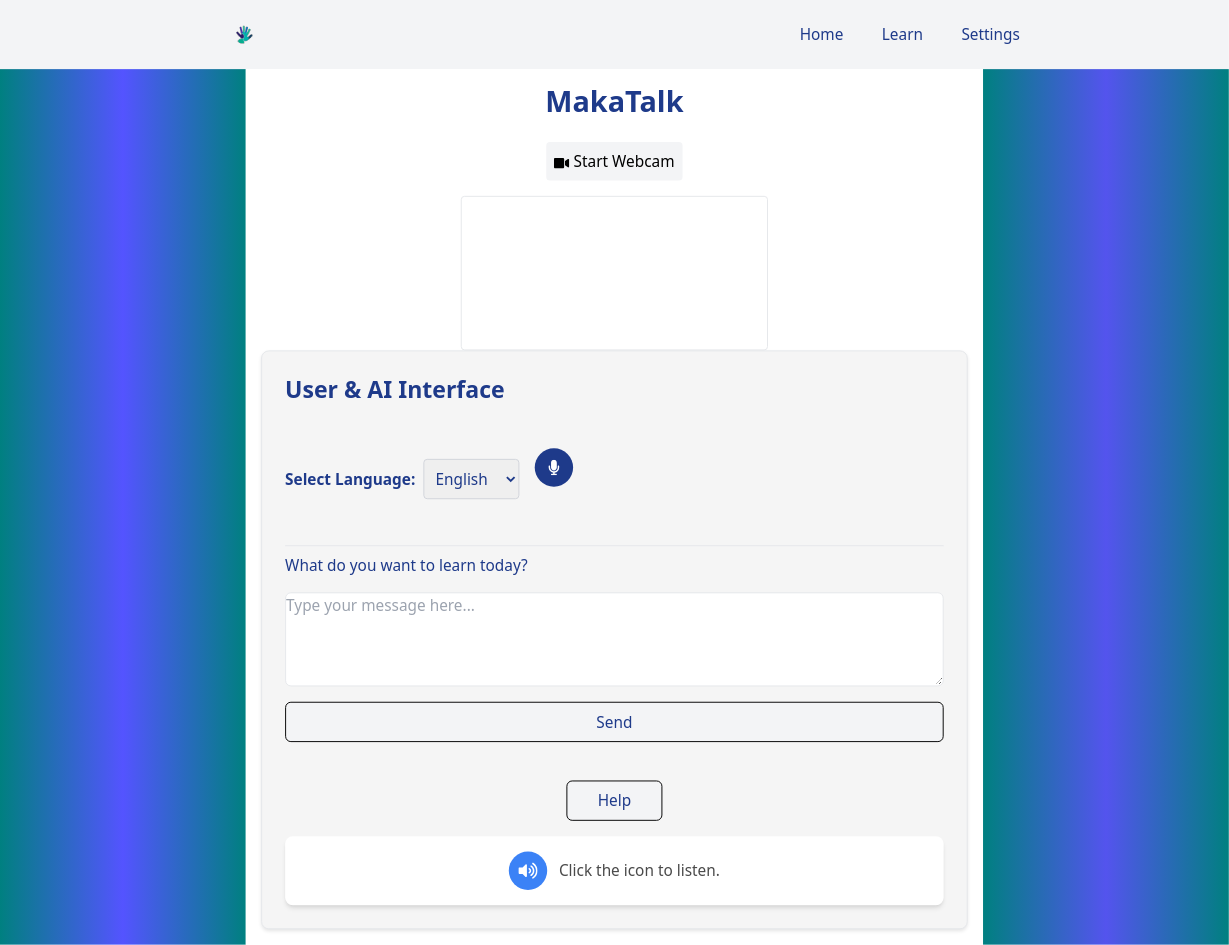
Repository: maria2469/MakaTalk
Page: /learn
The author's editor kept a copy of each file at every save. The page is drawn from the files as they stood at one save, then again after the next save.
The browser window is 1280 px wide. The pictures show the whole page, at 96% of full size.
The page's requests for data from a server got no answer. The project was rebuilt for these pictures with package versions that can differ from the ones it lists, and the page was loaded fresh each time. No one was signed in, and anything a server would have sent is missing. Also part of the build but not shown: vite.config.js, src/components/LandingPage/Landing.jsx.

Above is the page before, as saved 2024-10-10 14:51:26.

### index.html
<!doctype html>
<html lang="en">
  <head>
    <meta charset="UTF-8" />
    <link rel="icon" type="image/svg+xml" href="/images/MakaTalkLogo.svg" />
    <meta name="viewport" content="width=device-width, initial-scale=1.0" />
    <title>MakaTalk</title>
  </head>
  <body>
    <div id="root"></div>
    <script type="module" src="/src/main.jsx"></script>
  </body>
</html>

### src/main.jsx

console.log('main.js loaded'); // Add this line


import { StrictMode } from 'react'
import { createRoot } from 'react-dom/client'
import App from './App.jsx'
import './index.css'

createRoot(document.getElementById('root')).render(
  <StrictMode>

    <App />
  </StrictMode>,
)

### src/App.jsx
import React from "react";
import { BrowserRouter as Router, Routes, Route } from "react-router-dom";
import Landing from "./components/LandingPage/Landing";
import Learn from "./components/Learn/Learn";

const App = () => {
  return (
    <Router>
      <Routes>
        <Route path="/" element={<Landing />} />
        <Route path="/learn" element={<Learn />} />
      </Routes>
    </Router>
  );
};

export default App;

### src/components/LandingPage/Navbar.jsx
import React from 'react';

const Navbar = () => {
  return (
    <div className="flex items-center justify-around p-3 bg-gray-100 text-blue-900 gap-40">
      <img src="/images/MakaTalkLogo.svg" alt="Logo" className="h-12 w-auto ml-5 justify-start" /> {/* Logo aligned to the extreme left */}
      <div className="flex space-x-10 mr-2 justify-center ">
        <p className="cursor-pointer hover:text-black">Home</p>
        <p className="cursor-pointer hover:text-black">Learn</p>
        <p className="cursor-pointer hover:text-black">Settings</p>
      </div>
    </div>
  );
}

export default Navbar;

### src/components/Learn/Learn.css
:root {
  --primary-color: #3b82f6; /* Blue */
  --primary-hover: #2563eb; /* Darker blue on hover */
  --background-color: #ffffff; /* White */
  --light-gray: #e5e7eb; /* Light gray */
  --gradient-left: linear-gradient(to right, teal, rgba(48, 48, 255, 0.827), teal);
  --gradient-right: linear-gradient(to right, teal, rgba(47, 47, 234, 0.822), teal);
}

.learn-container {
  display: flex;
  flex-direction: column;
  height: 100vh; /* Full viewport height */
}

.main-content {
  display: flex;
  flex: 1; /* Allow main content to fill the remaining space */
  position: relative; /* Set relative positioning */
}

.left-section,
.right-section {
  width: 20%; /* Each side section takes up 20% of the width */
  display: flex;
  align-items: center;
  justify-content: center;
  color: #1e3a8a; /* Set text color to blue-900 */
}

.left-section {
  background: var(--gradient-left); /* Light to dark blue gradient */
}

.right-section {
  background: var(--gradient-right); /* Darker blue gradient */
}

.center-section {
  width: 60%;
  display: flex;
  flex-direction: column;
  align-items: center;
  justify-content: center; /* Vertically center the content */
  background-color: var(--background-color);
  padding: 1rem;
  height: 100%; /* Ensure it takes full height of the container */
  color: #1e3a8a; /* Set text color to blue-900 */
}

h1 {
  text-align: center; /* Center the text horizontally */
  margin: 0; /* Reset margin to avoid unnecessary space */
}

.interface-card {
  padding: 1.5rem;
  border: 1px solid var(--light-gray);
  border-radius: 0.5rem;
  box-shadow: 0 2px 4px rgba(0, 0, 0, 0.1);
  width: 100%;
  height: auto; /* Adjust height so the content fits without scrolling */
  background-color: #F5F5F5;
  color: #1e3a8a; /* Set text color to blue-900 */
}

textarea {
  border: 1px solid var(--light-gray);
  padding: 0.5rem;
  border-radius: 0.375rem;
  width: 100%; /* Full width */
  color: #1e3a8a; /* Set text color to blue-900 */
}

/* Button container for the row */
.button-row {
  display: flex;
  gap: 1rem; /* Space between the buttons */
  margin-top: 1rem; /* Space above the buttons */

}

.send-button, .help-button {
  background-color: var(--primary-color);
  color: white;
  border: none;
  border-radius: 8px;
  padding: 12px 24px;
  font-size: 16px;
  cursor: pointer;
  transition: background-color 0.3s ease, transform 0.2s ease;
}

.send-button:hover, .help-button:hover {
  background-color: var(--primary-hover);
  transform: translateY(-2px); /* Slight lift effect */
}

.ai-response {
  margin-top: 1rem;
  border-top: 1px solid var(--light-gray);
  padding-top: 0.5rem;
  color: #1e3a8a; /* Set text color to blue-900 */
}

/* Common button styling */
.common-button {
  background-color: #f3f4f6; /* Gray-100 */
  border: 1px solid black; /* Black border */
  color: #1e3a8a; /* Set text color to blue-900 */
  padding: 0.5rem 2rem; /* Padding */
  border-radius: 0.375rem; /* Rounded corners */
  cursor: pointer; /* Pointer cursor */
  transition: background-color 0.3s ease; /* Smooth transition */
}

.common-button:hover {
  background-color: #1e40af; /* Blue-900 on hover */
  color: white; /* Optional: change text color on hover */
}

/* Responsive Design */
@media (max-width: 768px) {
  .left-section,
  .right-section,
  .center-section {
      width: 100%; /* Full width on small screens */
      padding: 0.5rem;
  }

  .main-content {
      flex-direction: column; /* Stack sections vertically */
  }

  .button-row {
      flex-direction: column; /* Stack buttons vertically on smaller screens */
      gap: 0.5rem;
  }
}
.language-and-speech {
  display: flex;
  gap: 1rem;
}

### src/components/Choices/Colors/Colors.jsx
// Colors.js
const colorOptions = {
    black: {
        image: './images/BlackSIG.svg', // Ensure this path is correct
        instructions: 'To sign black, hold your hand flat and move it across your chest.',
    },
    blue: {
        image: './images/BlueSIG.svg', // Ensure this path is correct
        instructions: 'To sign blue, wave your hand near your chest.',
    },
    brown: {
        image: './images/BrownSIG.svg', // Ensure this path is correct
        instructions: 'To sign brown, use a flat hand and tap it on your forehead.',
    },
    gold: {
        image: './images/GoldSIG.svg', // Ensure this path is correct
        instructions: 'To sign gold, touch your fingers to your chin and move down.',
    },
    green: {
        image: './images/GreenSIG.svg', // Ensure this path is correct
        instructions: 'To sign green, point your finger up and wiggle it.',
    },
    grey: {
        image: './images/GreySIG.svg', // Ensure this path is correct
        instructions: 'To sign grey, make a “G” shape with your hand.',
    },
    orange: {
        image: './images/OrangeSIG.svg', // Ensure this path is correct
        instructions: 'To sign orange, use a fist and tap it on your side.',
    },
    pink: {
        image: './images/PinkSIG.svg', // Ensure this path is correct
        instructions: 'To sign pink, extend your pinky finger and wave it.',
    },
    purple: {
        image: './images/PurpleSIG.svg', // Ensure this path is correct
        instructions: 'To sign purple, move your hand in a circular motion.',
    },
    red: {
        image: './images/RedSIG.svg', // Ensure this path is correct
        instructions: 'To sign red, extend your hand and touch your chin.',
    },
    silver: {
        image: './images/SilverSIG.svg', // Ensure this path is correct
        instructions: 'To sign silver, make a fist and tap it on your wrist.',
    },
    white: {
        image: './images/WhiteSIG.svg', // Ensure this path is correct
        instructions: 'To sign white, wave your hand in front of your chest.',
    },
    yellow: {
        image: './images/YellowSIG.svg', // Ensure this path is correct
        instructions: 'To sign yellow, make a “Y” shape with your hand and shake it.',
    },
    // Add more colors and their corresponding images and instructions as needed
};

export default colorOptions;

### src/components/Languagedropdown/Language.jsx
import React from 'react';

const LanguageDropdown = ({ selectedLanguage, onLanguageChange, languages }) => {
  // Default language options in case languages aren't passed as props
  const defaultLanguages = [
    { code: 'en', label: 'English' },
    { code: 'es', label: 'Spanish' },
    { code: 'fr', label: 'French' },
    { code: 'de', label: 'German' },
    { code: 'zh', label: 'Chinese' },
    // Add more languages as needed
  ];

  const availableLanguages = languages || defaultLanguages; // Use passed languages or default

  return (
    <div className="language-dropdown mb-4 mt-10">
      <label htmlFor="languageSelect" className="font-bold mr-2">
        Select Language:
      </label>
      <select
        id="languageSelect"
        aria-label="Select language"
        value={selectedLanguage}
        onChange={onLanguageChange} // Pass the handler from the parent
        className="border border-gray-300 rounded p-2"
      >
        {availableLanguages.map((lang) => (
          <option key={lang.code} value={lang.code}>
            {lang.label}
          </option>
        ))}
      </select>
    </div>
  );
};

export default LanguageDropdown;

### src/components/UserAiResponse/UserAiResponse.jsx
import React from 'react';

const UserAiResponse = ({ aiResponse, userInput, onInputChange, onSubmit }) => {
    return (
        <div className="flex flex-col">
            <div className="ai-response mb-4">
                <p>{aiResponse}</p>
            </div>
            <textarea
                placeholder="Type your message here..."
                rows="4"
                value={userInput}
                onChange={onInputChange}
            />
            <button className="common-button mt-4" onClick={onSubmit}>
                Send
            </button>
        </div>
    );
};

export default UserAiResponse;

### src/components/VoiceToVoice/VoiceToVoiceButton.jsx
import React, { useState } from 'react';
import { FaMicrophone } from 'react-icons/fa';
import TextToSpeech from '../TextToSpeech/TextToSpeech'; // Import the TextToSpeech component

const VoiceToVoiceButton = ({ selectedLanguage }) => {
    const [userInput, setUserInput] = useState('');
    const [aiResponse, setAiResponse] = useState('');
    const [isProcessing, setIsProcessing] = useState(false);
    const [isListening, setIsListening] = useState(false);
    const [recognition, setRecognition] = useState(null); // State to store recognition instance

    // Function to handle API call to backend
    const handleApiCall = async (inputText) => {
        setIsProcessing(true);

        try {
            const response = await fetch('/api/process-input', {
                method: 'POST',
                headers: {
                    'Content-Type': 'application/json',
                },
                body: JSON.stringify({
                    text: inputText,
                    language: selectedLanguage,
                }),
            });

            const data = await response.json();
            setAiResponse(data.response);
            // Play AI response with TextToSpeech
            if (data.response) {
                // Use the TextToSpeech component here or trigger a text-to-speech function
                // If you have a separate function, you can call it here
            }
        } catch (error) {
            console.error('API call failed:', error);
        } finally {
            setIsProcessing(false);
        }
    };

    const handleSpeechRecognition = () => {
        if (!window.SpeechRecognition && !window.webkitSpeechRecognition) {
            console.error('SpeechRecognition is not supported in this browser');
            return;
        }

        const SpeechRecognition =
            window.SpeechRecognition || window.webkitSpeechRecognition;

        // If recognition instance already exists and is listening, stop it
        if (recognition && isListening) {
            recognition.stop();
            setIsListening(false);
            return; // Exit the function to prevent starting again
        }

        const newRecognition = new SpeechRecognition();
        setRecognition(newRecognition); // Store the recognition instance

        newRecognition.lang = selectedLanguage;
        newRecognition.interimResults = false;
        newRecognition.continuous = false;

        newRecognition.onstart = () => setIsListening(true);

        newRecognition.onresult = (event) => {
            const transcriptedText = Array.from(event.results)
                .map((result) => result[0].transcript)
                .join('');
            handleApiCall(transcriptedText);
        };

        newRecognition.onend = () => setIsListening(false);
        newRecognition.onerror = (event) => console.error('SpeechRecognition error:', event.error);

        newRecognition.start();
    };

    return (
        <div className="voice-to-voice-button">
            <div className="flex mt-0 p-0">
                <button
                    onClick={handleSpeechRecognition}
                    className={`p-3 rounded-full ${isListening ? 'bg-red-500' : 'bg-blue-900'} text-white`}
                    disabled={isProcessing}
                >
                    <FaMicrophone />
                </button>
            </div>

            {isProcessing && <p>Processing...</p>}

            {/* TextToSpeech Component for user input */}
            {userInput && (
                <TextToSpeech text={userInput} selectedLanguage={selectedLanguage} />
            )}

            {/* TextToSpeech Component to play AI response in the selected language */}
            {aiResponse && (
                <TextToSpeech text={aiResponse} selectedLanguage={selectedLanguage} />
            )}
        </div>
    );
};

export default VoiceToVoiceButton;

### src/components/TextToSpeech/TextToSpeech.jsx
import React, { useEffect, useState } from 'react';
import { FaVolumeUp } from 'react-icons/fa';
import "./TextToSpeech.css"

const TextToSpeech = ({ text, selectedLanguage }) => {
    const [isSpeaking, setIsSpeaking] = useState(false);

    const handleSpeak = () => {
        if (!text) return;

        // Initialize speech synthesis
        const synth = window.speechSynthesis;
        const utterance = new SpeechSynthesisUtterance(text);

        // Set language for speech synthesis
        utterance.lang = selectedLanguage;

        // Set speaking state to true when speaking starts
        utterance.onstart = () => {
            setIsSpeaking(true);
        };

        // Reset speaking state when speaking ends
        utterance.onend = () => {
            setIsSpeaking(false);
        };

        // Cancel any ongoing speech before starting a new one
        if (synth.speaking) {
            synth.cancel();
        }

        // Start speaking
        synth.speak(utterance);
    };

    return (
        <div className="text-to-speech flex items-center justify-center p-4 rounded-lg shadow-md bg-white">
            <button
                onClick={handleSpeak}
                className={`p-3 rounded-full transition-colors duration-200 ${isSpeaking ? 'bg-gray-500' : 'bg-blue-500 hover:bg-blue-900'} text-white`}
                disabled={isSpeaking}
                aria-label="Play Audio" // Added for accessibility
            >
                <FaVolumeUp size={20} />
            </button>
            <p className="ml-3 text-gray-800 font-medium">{isSpeaking ? `Speaking: ${text}` : 'Click the icon to listen.'}</p>
        </div>
    );
};

export default TextToSpeech;

### src/components/Learn/Webcam/Webcam.jsx
import React, { useRef, useState, useEffect } from 'react';
import { FaVideo, FaVideoSlash } from 'react-icons/fa'; // Import video and stop icons

const WebcamStream = () => {
  const videoRef = useRef(null);
  const canvasRef = useRef(null);
  const [isStreaming, setIsStreaming] = useState(false); // Toggle between streaming states
  const socket = useRef(null);

  useEffect(() => {
    // Setup WebSocket connection
    socket.current = new WebSocket("ws://localhost:5000"); // Assuming backend is running on localhost:5000
    socket.current.onopen = () => console.log("Connected to server");
    socket.current.onclose = () => console.log("Disconnected from server");

    return () => {
      if (socket.current) socket.current.close();
    };
  }, []);

  const startWebcam = async () => {
    try {
      const stream = await navigator.mediaDevices.getUserMedia({ video: true });
      videoRef.current.srcObject = stream;
      videoRef.current.play();
      setIsStreaming(true); // Webcam is now streaming
      captureFrames();
    } catch (error) {
      console.error("Error accessing webcam:", error);
    }
  };

  const stopWebcam = () => {
    const stream = videoRef.current.srcObject;
    const tracks = stream?.getTracks();
    if (tracks) {
      tracks.forEach(track => track.stop()); // Stop each track of the stream
      videoRef.current.srcObject = null; // Clear the video source
      setIsStreaming(false); // Webcam is no longer streaming
    }
  };

  const captureFrames = () => {
    if (!isStreaming || !videoRef.current || !canvasRef.current) return;

    const context = canvasRef.current.getContext('2d');
    const width = videoRef.current.videoWidth;
    const height = videoRef.current.videoHeight;

    // Set canvas dimensions to match the video element
    canvasRef.current.width = width;
    canvasRef.current.height = height;

    // Draw the current frame onto the canvas
    context.drawImage(videoRef.current, 0, 0, width, height);

    // Send the frame as an image data URL to the backend via WebSocket
    const frameData = canvasRef.current.toDataURL('image/jpeg'); // Convert the frame to a JPEG image
    socket.current.send(frameData); // Send the image data to the backend

    // Capture the next frame in the next animation frame
    requestAnimationFrame(captureFrames);
  };

  return (
    <div className="flex flex-col items-center">
      <button
        onClick={isStreaming ? stopWebcam : startWebcam} // Toggle between starting and stopping webcam
        className="mb-4 p-2 bg-gray-100 text-black rounded hover:bg-gray-200"
      >
        {isStreaming ? (
          <FaVideoSlash className="inline-block text-black" /> // Show stop icon when streaming
        ) : (
          <FaVideo className="inline-block text-black" /> // Show start icon when not streaming
        )}
        {isStreaming ? ' Stop Webcam' : ' Start Webcam'} {/* Toggle button label */}
      </button>
      <video ref={videoRef} width="320" height="240" className="border rounded" />
      <canvas ref={canvasRef} style={{ display: 'none' }} />
    </div>
  );
};

export default WebcamStream;

### src/components/Learn/Help/Help.jsx
import React, { useState } from 'react';
import GifStore from '../../GifStore/GifStore';

const Help = () => {
  const [isOpen, setIsOpen] = useState(false);
  const [helpOption, setHelpOption] = useState('');
  const [selectedGif, setSelectedGif] = useState('');

  const toggleHelpMenu = () => {
    setIsOpen((prev) => !prev);
    if (!isOpen) {
      setHelpOption(''); // Reset when closing
      setSelectedGif('');
    }
  };

  const handleOptionSelect = (option) => {
    setHelpOption(option);
    setIsOpen(false);
  };

  const handleColorSelect = (color) => {
    const gif = GifStore.getGif(color);
    setSelectedGif(gif || '');
    if (!gif) console.error(`GIF not found for the color: ${color}`);
  };

  const renderHelpOptions = () => (
    <div className="help-options bg-white border rounded shadow-md mt-2 p-4">
      <h3 className="font-bold mb-2">Select Help Option:</h3>
      {['AI', 'GIFs'].map((option) => (
        <button key={option} className="common-button" onClick={() => handleOptionSelect(option)}>
          Help from {option}
        </button>
      ))}
    </div>
  );

  const renderGifHelp = () => (
    <div className="gif-help mt-4">
      <h4 className="font-bold">Select a color for GIF help:</h4>
      {GifStore.colorGifs && Object.keys(GifStore.colorGifs).length > 0 ? (
        Object.keys(GifStore.colorGifs).map((color) => (
          <button key={color} className="common-button m-1" onClick={() => handleColorSelect(color)}>
            {color.charAt(0).toUpperCase() + color.slice(1)}
          </button>
        ))
      ) : (
        <p>No GIFs available. Please check GifStore configuration.</p>
      )}
      {selectedGif && <img src={selectedGif} alt="Color GIF" className="mt-2 w-full" />}
    </div>
  );

  const renderAIHelp = () => (
    <div className="ai-help mt-4">
      <h4 className="font-bold">AI Assistance</h4>
      <p>Here is some AI-powered assistance.</p>
      {/* Add your AI interaction logic here */}
    </div>
  );

  return (
    <div className="flex flex-col items-center mt-10">
      <button className="common-button" onClick={toggleHelpMenu}>Help</button>
      {isOpen && renderHelpOptions()}
      {helpOption === 'GIFs' && renderGifHelp()}
      {helpOption === 'AI' && renderAIHelp()}
    </div>
  );
};

export default Help;

### src/components/TextToSpeech/TextToSpeech.css
.text-to-speech {
    display: flex;
    align-items: center;
    justify-content: start;
    padding: 16px; /* Adjusted padding */
    border-radius: 8px; /* Rounded corners */
    background-color: #fff; /* White background for better contrast */
    box-shadow: 0 2px 4px rgba(0, 0, 0, 0.1); /* Subtle shadow */
    margin-top: 16px; /* Lift the component with top margin */
}

.text-to-speech button {
    padding: 10px; /* Added padding for better clickability */
    border-radius: 50%; /* Fully rounded button */
    transition: background-color 0.2s; /* Smooth transition for hover effect */
}

.text-to-speech p {
    margin-left: 12px; /* Space between button and text */
    color: #4A4A4A; /* Darker text color for better readability */
    font-weight: 500; /* Medium font weight */
}

### src/components/GifStore/GifStore.jsx
const colorGifs = {
  black: '/gifs/black.gif',
  blue: '/gifs/blue.gif',
  brown: '/gifs/brown.gif',
  gold: '/gifs/gold.gif',
  green: '/gifs/green.gif',
  grey: '/gifs/grey.gif',
  orange: '/gifs/orange.gif',
  pink: '/gifs/pink.gif',
  purple: '/gifs/purple.gif',
  red: '/gifs/red.gif',
  silver: '/gifs/silver.gif',
  white: '/gifs/white.gif',
  yellow: '/gifs/yellow.gif',
};

// Export the GIFs and any necessary functions
const GifStore = {
  colorGifs, // Ensure this is properly exported
  getGif: (color) => {
    if (colorGifs[color]) {
      return colorGifs[color];
    } else {
      console.warn(`No GIF found for color: ${color}`); // Add warning for unmatched colors
      return null;
    }
  },
};

export default GifStore;

Loaded but not shown: src/index.css (common file); tailwind.config.js (common file); src/components/Learn/Learn.jsx (128 lines, source omitted)

After the next save:
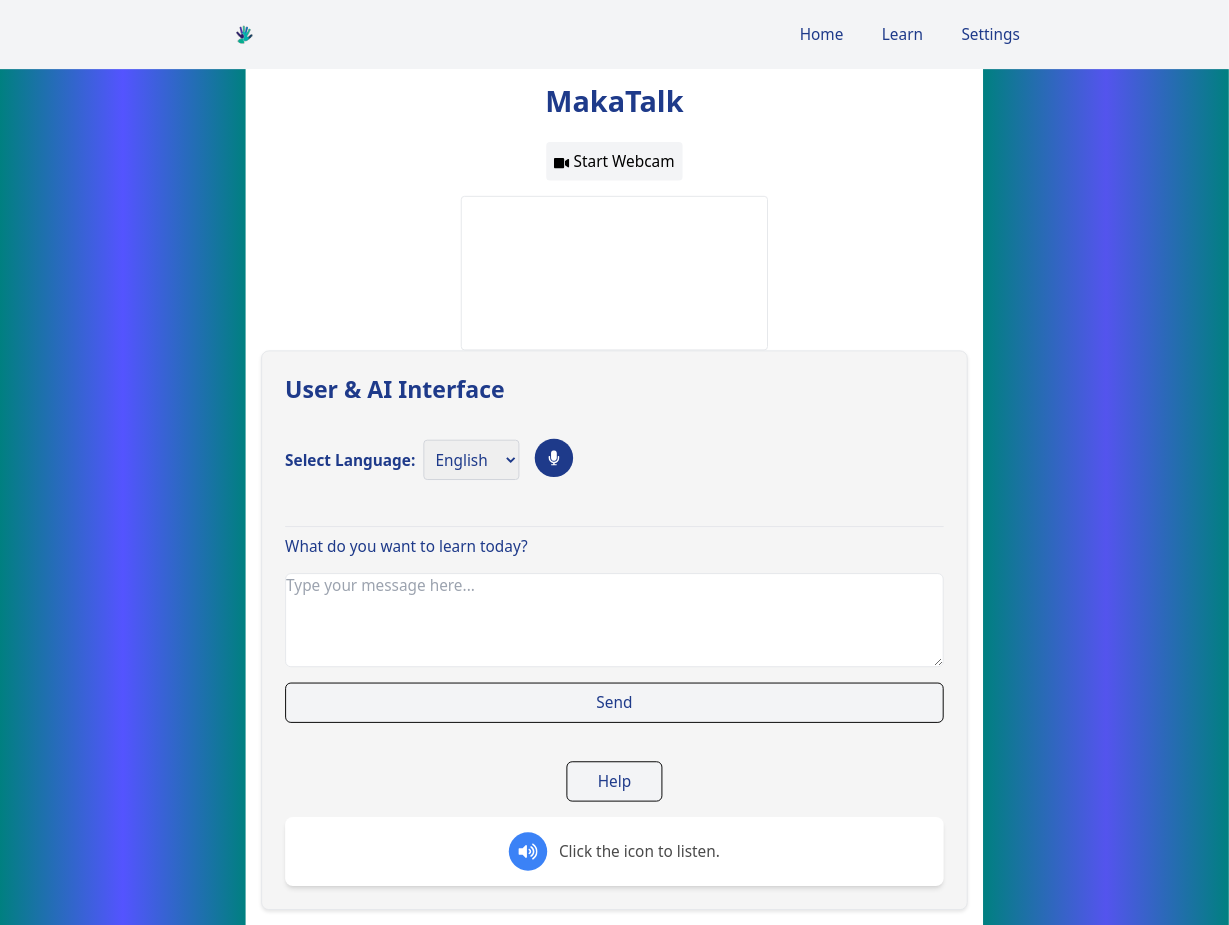
Saved 8 s later.
--- a/src/components/Languagedropdown/Language.jsx
+++ b/src/components/Languagedropdown/Language.jsx
@@ -14,7 +14,7 @@ const LanguageDropdown = ({ selectedLanguage, onLanguageChange, languages }) =>
   const availableLanguages = languages || defaultLanguages; // Use passed languages or default
 
   return (
-    <div className="language-dropdown mb-4 mt-10">
+    <div className="language-dropdown mb-4 mt-5">
       <label htmlFor="languageSelect" className="font-bold mr-2">
         Select Language:
       </label>
